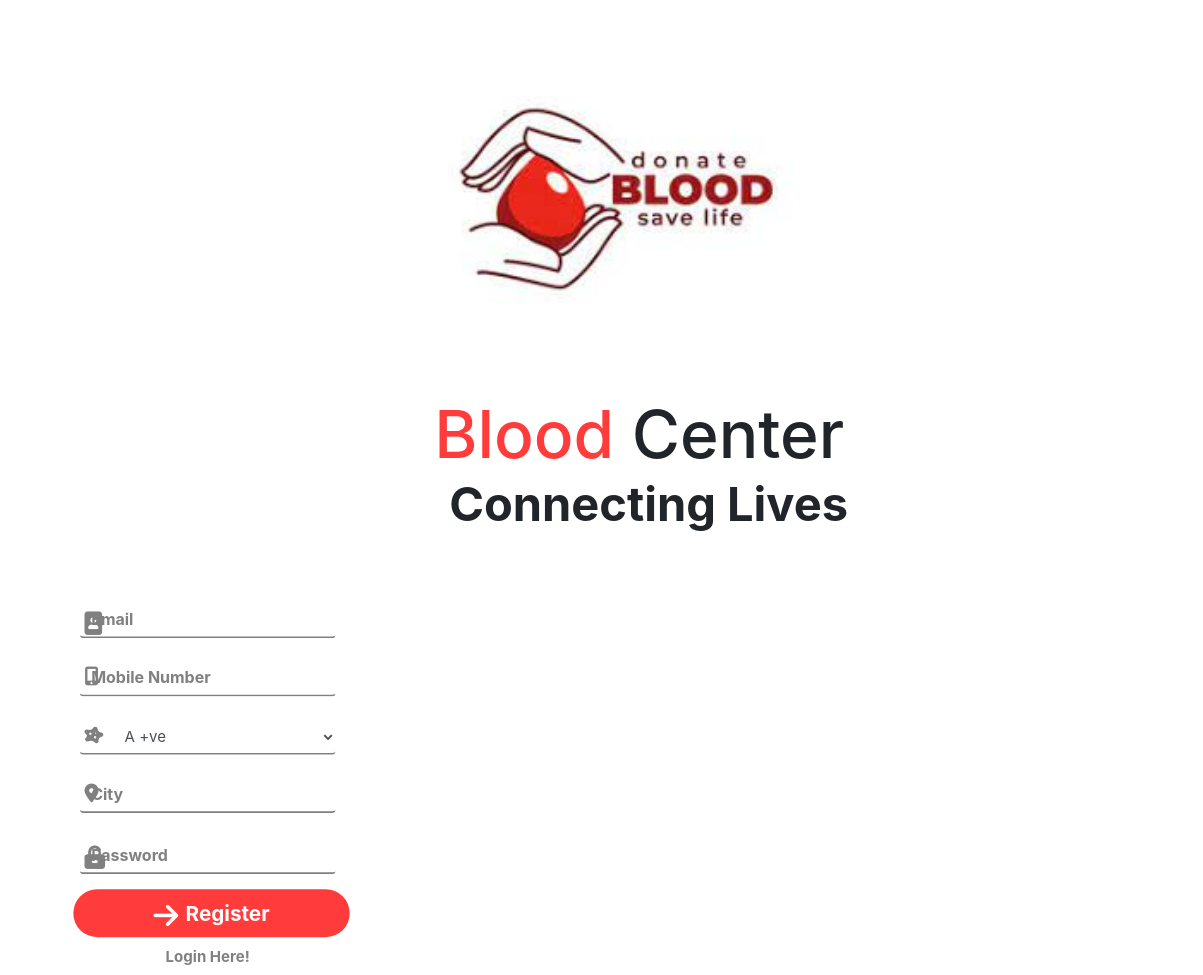
Repository: syedali042/jbds
Page: /Register
These files come from the project's save history. The page is drawn as it stood at one moment and after a run of saves; the edit follows.
The browser window is 1280 px wide. The pictures show the whole page, at 94% of full size.
Some web libraries are served in a nearby version. The project was rebuilt for these pictures with package versions that can differ from the ones it lists, and the page was loaded fresh each time. Also part of the build but not shown: src/components/Login.js, src/components/Header.js, src/components/About.js, src/components/Header2.js, src/components/Home.js, src/components/Header4.js, src/components/Request.js, src/components/Header3.js and 1 more.

Above is the page before, as saved 2021-11-09 20:52:48.

### public/index.html
<!DOCTYPE html>
<html lang="en">
  <head>
    <meta charset="utf-8" />
    <link rel="icon" href="%PUBLIC_URL%/favicon.ico" />
    <meta name="viewport" content="width=device-width, initial-scale=1" />
    <meta name="theme-color" content="#000000" />
    <meta
      name="description"
      content="Web site created using create-react-app"
    />
    <!--FontAwesome-->
    <script src="https://kit.fontawesome.com/f4576591a8.js" crossorigin="anonymous"></script>
    <!--FontAwesome ends-->
    <!--bootstrap-->
    <link rel="stylesheet" href="https://maxcdn.bootstrapcdn.com/bootstrap/4.0.0/css/bootstrap.min.css"
      integrity="sha384-Gn5384xqQ1aoWXA+058RXPxPg6fy4IWvTNh0E263XmFcJlSAwiGgFAW/dAiS6JXm" crossorigin="anonymous">
    <!--bootstrap ends-->
    <link rel="apple-touch-icon" href="%PUBLIC_URL%/logo192.png" />
    <!--
      manifest.json provides metadata used when your web app is installed on a
      user's mobile device or desktop. See https://developers.google.com/web/fundamentals/web-app-manifest/
    -->
    <link rel="manifest" href="%PUBLIC_URL%/manifest.json" />
    <!--
      Notice the use of %PUBLIC_URL% in the tags above.
      It will be replaced with the URL of the `public` folder during the build.
      Only files inside the `public` folder can be referenced from the HTML.

      Unlike "/favicon.ico" or "favicon.ico", "%PUBLIC_URL%/favicon.ico" will
      work correctly both with client-side routing and a non-root public URL.
      Learn how to configure a non-root public URL by running `npm run build`.
    -->
    <title>React App</title>
  </head>
  <body>
    <noscript>You need to enable JavaScript to run this app.</noscript>
    <div id="root"></div>
    <!--Jquery-->
    <script src="https://code.jquery.com/jquery-3.2.1.slim.min.js"
      integrity="sha384-KJ3o2DKtIkvYIK3UENzmM7KCkRr/rE9/Qpg6aAZGJwFDMVNA/GpGFF93hXpG5KkN" crossorigin="anonymous"></script>
    <script src="https://cdnjs.cloudflare.com/ajax/libs/popper.js/1.12.9/umd/popper.min.js"
      integrity="sha384-ApNbgh9B+Y1QKtv3Rn7W3mgPxhU9K/ScQsAP7hUibX39j7fakFPskvXusvfa0b4Q" crossorigin="anonymous"></script>
    <script src="https://maxcdn.bootstrapcdn.com/bootstrap/4.0.0/js/bootstrap.min.js"
      integrity="sha384-JZR6Spejh4U02d8jOt6vLEHfe/JQGiRRSQQxSfFWpi1MquVdAyjUar5+76PVCmYl" crossorigin="anonymous"></script>
    <!--Jquery ends-->
  </body>
</html>

### src/App.js
import './App.css';
import Login from './components/Login';
import About from './components/About';
import Register from './components/Register';
import Home from './components/Home';
import Request from './components/Request';
import Create from './components/Create';
import {
  BrowserRouter as Router,
  Switch,
  Route,
  Link
} from "react-router-dom";


function App() {
  return (
    <Router>
      <Switch>
        <Route path="/About">
          <About/>
        </Route>
        <Route path="/Login">
          <Login />
        </Route>
        <Route path="/Register">
          <Register />
        </Route>
        <Route path="/Create">
          <Create />
        </Route>
        <Route path="/Request">
          <Request />
        </Route>
        <Route path="/Home">
          <Home />
        </Route>
        <Route path="/">
          <Login />
        </Route>
      </Switch>
    </Router>
  );
}

export default App;

### src/App.css
*{
  margin: 0;
  padding: 0;
}
.con{
  font-size: 25px;
  font-weight: bold;
  position: relative;
  bottom: 35px;
  padding: 5px;
}
.em{
  border: none;
  border-bottom: 2px solid gray;
}
.pass{
  border: none;
  border-bottom: 2px solid gray;
}
.placehorder::placeholder {
  font-weight: bolder;
  color: gray;
  position: relative;
  /* left: 25px; */
  font-size: 17px;
}
.forgot{
  color: gray;
  font-weight: bolder;
}
.login{
  color: gray;
  font-weight: bolder;
}
.fa-portrait{
  font-size: 20px;
  position: relative;
  top: 30px;
  left: 5px;
  color: gray;
}
.fa-unlock-alt{
   font-size: 20px;
  position: relative;
  top: 30px;
  left: 5px;
  color: gray;
}
.sign{
  width: 230px;
  position: relative;
  font-size: 22px;
  border-radius: 30px;
  background-color: #FF3B3B;
  color: white;
  font-weight: bolder;
  border: none;
}
.fa-power-off{
  font-size: 20px;
  position: relative;

  color: white ;
}
.donor{
  width: 230px;
  position: relative;
  font-size: 22px;
  border-radius: 30px;
  background-color: #FF3B3B;
  color: white;
  font-weight: bolder;
  border: none;
  letter-spacing: o.1;
}
.fa-heartbeat{
   font-size: 20px;
  position: relative;

  color: white ;
}
@media screen and (max-width: 440px){

  .con{
  font-size: 20px;
  font-weight: bold;
  position: relative;
  bottom: 35px;
  padding: 5px;
}
.blood{
  font-size: 27px;
}
.formik{
  position: relative;
  bottom: 50px;
}
.pass{
  border: none;
  border-bottom: 2px solid gray;

}

.donor{
  width: 210px;
  position: relative;
  font-size: 22px;
  border-radius: 30px;
  background-color: #FF3B3B;
  color: white;
  font-weight: bolder;
  border: none;
  letter-spacing: o.1;
}
.sign{
  width: 210px;
  position: relative;
  font-size: 22px;
  border-radius: 30px;
  background-color: #FF3B3B;
  color: white;
  font-weight: bolder;
  border: none;
}

}
@media screen and (min-width: 768px){


  .img{
  position: relative;
  width: 400px;
  left: 40px;
}
  .con{
  font-size: 50px;
  font-weight: bold;
  position: relative;
  bottom: 35px;
  padding: 5px;
  left: 50px;
}
.blood{
  font-size: 70px;
  position: relative;
  left: 40px;
}

.name{
  border: none;
  border-bottom: 2px solid gray;
   margin-top: 10px;
  height: 70px;
}


.adress{
    border: none;
  border-bottom: 2px solid gray;
   margin-top: 10px;
  height: 70px;
}
input::placeholder {
  font-weight: bolder;
  color: gray;
  position: relative;
  /* left: 45px; */
  font-size: 30px;
}
.fa-portrait{
  font-size: 25px;
  position: relative;
  top: 37px;
  left: 5px;
  color: gray;
}
.fa-unlock-alt{
   font-size: 25px;
  position: relative;
  top: 35px;
  left: 5px;
  color: gray;
}
.fa-mobile-alt{
    font-size: 30px;
  position: relative;
  top: 55px;
  left: 5px;
  color: gray;
}
.fa-map-marker-alt{
   font-size: 30px;
  position: relative;
  top: 55px;
  left: 5px;
  color: gray;
}
.fa-disease{
 font-size: 30px;
  position: relative;
  top: 55px;
  left: 5px;
  color: gray;
}

.sign{
  width: 300px;
  position: relative;
  font-size: 22px;
  border-radius: 30px;
  background-color: #FF3B3B;
  color: white;
  font-weight: bolder;
  border: none;
}

.donor{
  width: 300px;
  position: relative;

  font-size: 22px;
  border-radius: 30px;
  background-color: #FF3B3B;
  color: white;
  font-weight: bolder;
  border: none;
  letter-spacing: o.1;
}

}
.header{
  background-color: #FF3B3B;
  padding: 3px;
}
.fa-chevron-left{
  color: white;
}
.profile{
  color: white;

}
.kelly{
  font-size: 23px;
  font-weight: bolder;
}
.girl{
  width: 70px;
  border-radius: 50px;
  margin-left: 50px;
  position: relative;
  bottom: 10px;
}
.r1{
  margin-top: 40px;
}

.name{
  border: none;
  border-bottom: 2px solid gray;
}
.num{
   border: none;
  border-bottom: 2px solid gray;
}
.adress{
    border: none;
  border-bottom: 2px solid gray;
}
.r2{
  background-color: rgb(247, 238, 238);
  border-radius: 15px;
  border: 1px solid transparent;
}
.update{

  position: relative;
  font-size: 22px;
  border-radius: 30px;
  background-color: #FF3B3B;
  color: white;
  font-weight: bolder;
  border: none;
}
.fa-mobile-alt{
   font-size: 20px;
  position: relative;
  top: 30px;
  left: 5px;
  color: gray;
}
.bloodGroup{
   border: none;
  border-bottom: 2px solid gray;
}
.fa-disease{
  font-size: 20px;
  position: relative;
  top: 30px;
  left: 5px;
  color: gray;
}
.city{
  border: none;
  border-bottom: 2px solid gray;
}
.fa-map-marker-alt{
  font-size: 20px;
  position: relative;
  top: 30px;
  left: 5px;
  color: gray;
}
.fa-arrow-right{
   font-size: 30px;
  position: relative;
 top: 5px;
  color:white;
}
.bodyOfHeader2{
   background-color: #FF3B3B;
   color: white;
}
.fa-search{
  position: relative;
  left: 90%;
  bottom: 30px;
  color: gray;
  font-size: 25px;
}
.groups{
 display: flex;
 margin-left: 5px;
}
.groups >div {
  background-color: #FF3B3B;
  width: 30px;
  margin: 7px;
  text-align: center;
  font-size: 20px;
  color: white;
  border-radius: 5px;
}
.HomeRow{
  border-bottom: 1px solid gray;
}
.sidebar{
  width: 60%;
  height: 100vh;
  position: absolute;
  background-color: #FF3B3B ;
  z-index: 1;
}
.create{
  color: white;
  margin-right: 30px;
}
.conReq{
  margin-top: 20px;
  background-color: rgb(216, 220, 230);
  border-radius: 5px;
}

### src/components/Register.js
import React from 'react';
import Header from './Header';
import { Formik } from 'formik';

function Register() {
    return (
        <div>
            <div className="container">
                <div className="d-flex align-items-center justify-content-center">
                    <div>
                        <img src="./images/download.jfif" alt="there is no image" className="img"/>
                        <h2 className="blood text-center"><span style={{color:'#FF3B3B'}}>Blood</span> Center</h2><br>
                        </br>
                        <h5 className="con text-center">Connecting Lives</h5>
                    </div>
                </div>
                <div className="container">
                    <div className="row">
                        <div>

                        <Formik
                            initialValues={{ email: '', password: '' }}
                            validate={values => {
                                const errors = {};
                                if (!values.email) {
                                    errors.email = 'Required';
                                } else if (
                                    !/^[A-Z0-9._%+-]+@[A-Z0-9.-]+\.[A-Z]{2,}$/i.test(values.email)
                                ) {
                                    errors.email = 'Invalid email address';
                                }
                                return errors;
                            }}
                            onSubmit={(values, { setSubmitting }) => {
                                setTimeout(() => {
                                    alert(JSON.stringify(values, null, 2));
                                    setSubmitting(false);
                                }, 400);
                            }}
                        >
                            {({
                                values,
                                errors,
                                touched,
                                handleChange,
                                handleBlur,
                                handleSubmit,
                                isSubmitting,
                                /* and other goodies */
                            }) => (
                                <form onSubmit={handleSubmit} className="formik">
                                    <i className="fas fa-portrait"></i>
                                    <input
                                        type="email" className="placehorder form-control em"
                                        name="email"
                                        onChange={handleChange}
                                        onBlur={handleBlur}
                                        value={values.email}
                                        placeholder="Email"

                                    />

                                    {errors.email && touched.email && errors.email}
                                    <i className="fas fa-mobile-alt"></i>
                                    <input
                                        type="number" className="placehorder form-control num"
                                        name="number"
                                        onChange={handleChange}
                                        onBlur={handleBlur}
                                        value={values.number}
                                        placeholder="Mobile Number"
                                    />

                                    {errors.number && touched.number && errors.number}
                                    <i className="fas fa-disease"></i>
                                    <select name="bloodGroup" className="placehorder form-control bloodGroup">
                                        <option value="volvo">&nbsp;&nbsp;&nbsp;&nbsp;&nbsp;&nbsp;
                                        A +ve</option>
                                        <option value="saab"></option>
                                        <option value="mercedes">Mercedes</option>
                                        <option value="audi">Audi</option>
                                    </select>

                                    {errors.bloodGroup && touched.bloodGroup && errors.bloodGroup}
                                    <i className="fas fa-map-marker-alt"></i>
                                    <input
                                        type="text" className="placehorder form-control city"
                                        name="city"
                                        onChange={handleChange}
                                        onBlur={handleBlur}
                                        value={values.city}
                                        placeholder="City"
                                    />

                                    {errors.city && touched.city && errors.city}
                                    <i className="fas fa-unlock-alt"></i>
                                    <input
                                        type="password" className="placehorder form-control pass"
                                        name="password"
                                        onChange={handleChange}
                                        onBlur={handleBlur}
                                        value={values.password}
                                        placeholder="Password"
                                    />

                                    {errors.password && touched.password && errors.password}
                                    <div className="row d-flex align-items-center justify-content-center">
                                        <button type="submit" disabled={isSubmitting} className="sign p-2 mt-3 ml-2 w-100">
                                            <i class="fas fa-arrow-right mr-2"></i>Register
                                        </button>
                                        <a href="#" className="login p-2">Login Here!</a>

                                    </div>

                                </form>
                            )}
                        </Formik>
                        </div>
                    </div>
                </div>
            </div>
        </div>
    )
}

export default Register

Loaded but not shown: src/index.js (common file); src/index.css (common file); src/reportWebVitals.js (common file)

After the next 2 saves:
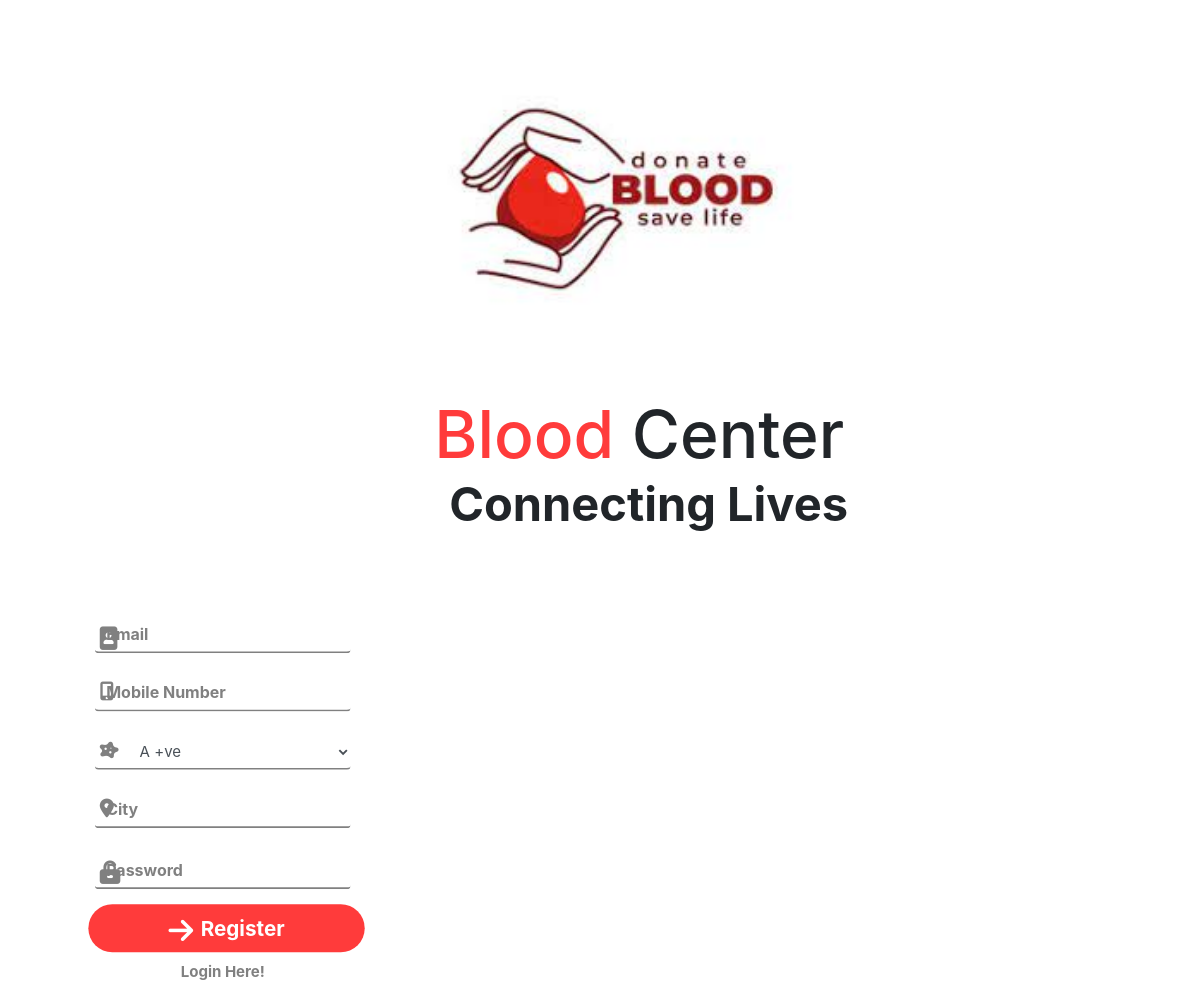
The 2 saves are shown as one change because they came seconds apart.
The last was saved 12 s later.
--- a/src/components/Register.js
+++ b/src/components/Register.js
@@ -15,7 +15,7 @@ function Register() {
                     </div>
                 </div>
                 <div className="container">
-                    <div className="row">
+                    <div className="row p-3">
                         <div>
 
                         <Formik
